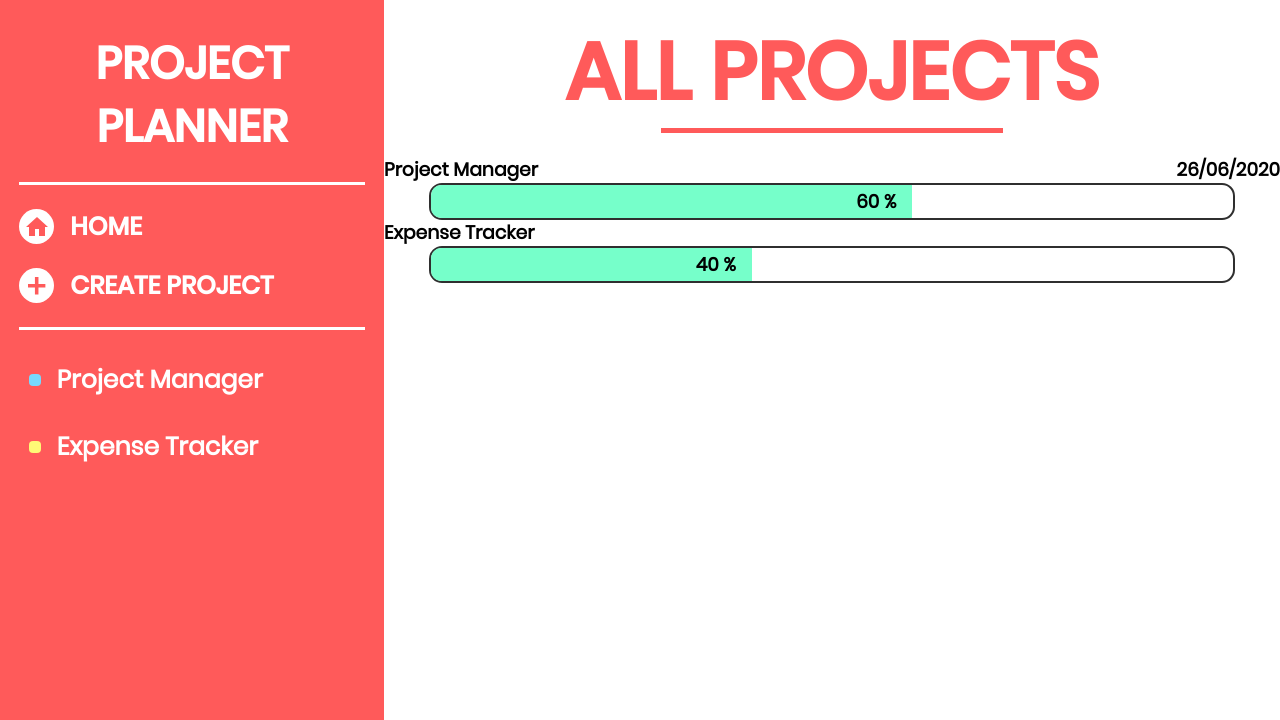
Repository: AzharMoosa/project-manager
Page: /
These files come from the project's save history. The page is drawn as it stood at one moment and after the next save; the edit follows.
The browser window is 1280 px wide. The pictures show the whole page.
The project was rebuilt for these pictures with package versions that can differ from the ones it lists, and the page was loaded fresh each time.

Above is the page before, as saved 2020-06-22 11:08:50.

After the next save:
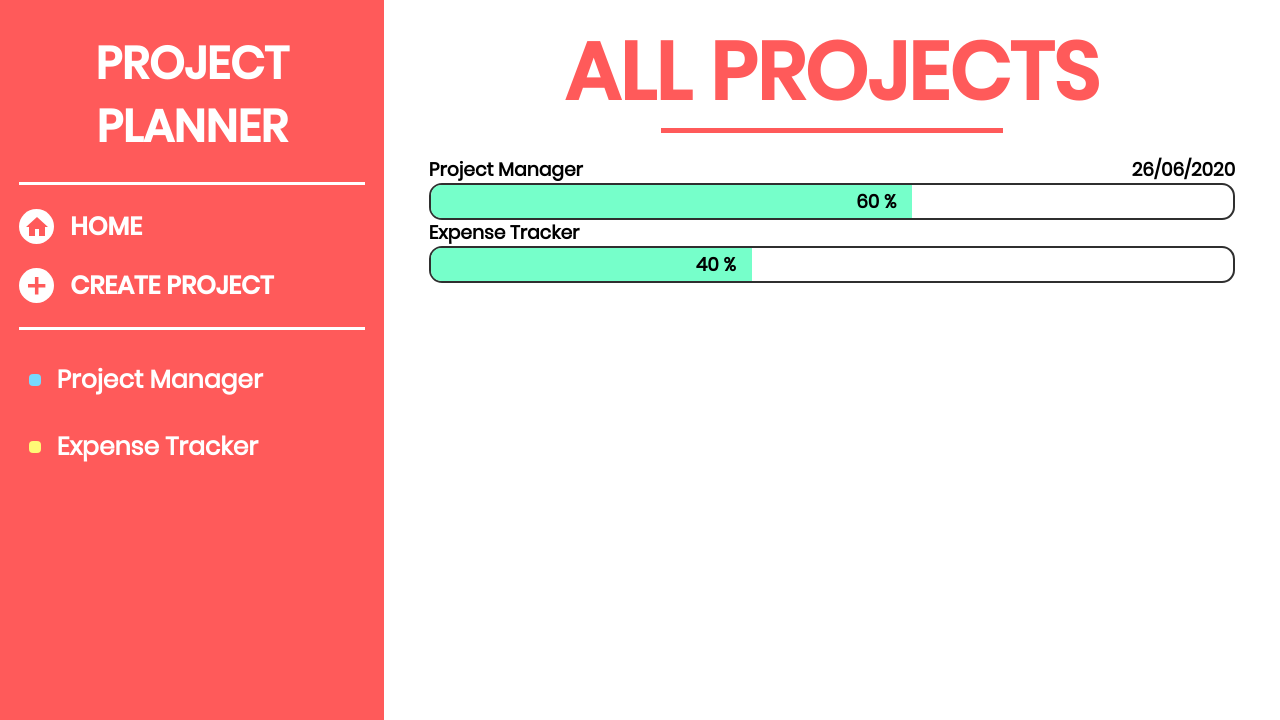
Saved 9 s later.
--- a/src/App.css
+++ b/src/App.css
@@ -179,6 +179,8 @@ body {
 }
 
 .project-title {
+  width: 90%;
+  margin: auto;
   display: flex;
   justify-content: space-between;
 }
